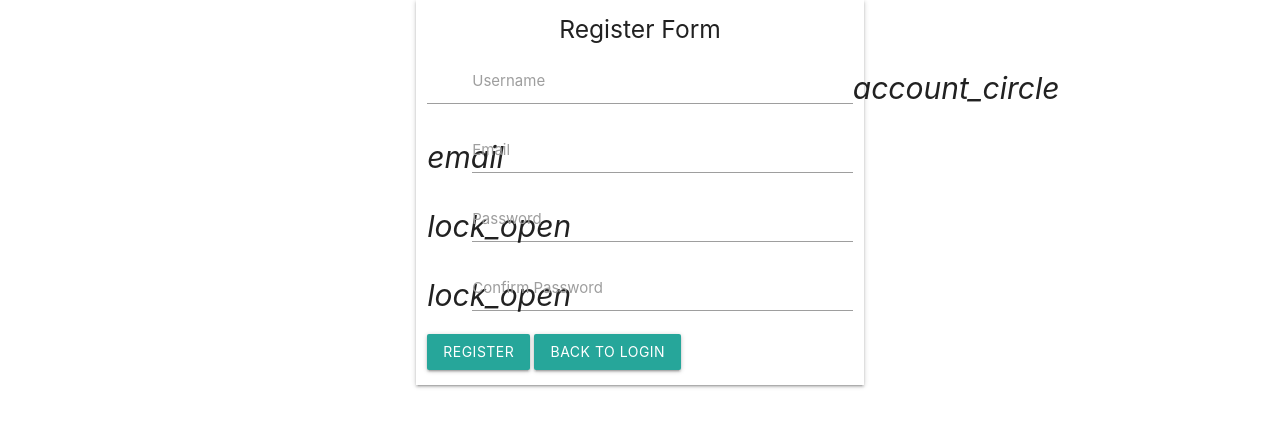
Repository: thdal/Atelier_JEE_16_02
Page: http://localhost/Atelier_JEE_16_02/WEB-INF/pages/connexion/FormRegister.jsp
The author's editor kept a copy of each file at every save. The page is drawn from the files as they stood at one save, then again after the next save.
The browser window is 1280 px wide. The pictures show the whole page.
The page is served by Tomcat 9. Nobody is signed in. Other server files are loaded and not shown. The template is opened directly, without the code that normally fills it, so the values that code supplies are empty.

Above is the page before, as saved 2021-02-22 07:04:46.

### Atelier_JEE_16_02/src/main/webapp/WEB-INF/pages/connexion/FormRegister.jsp
<%@ page language="java" contentType="text/html; charset=ISO-8859-1"
    pageEncoding="ISO-8859-1"%>
<!DOCTYPE>
<html>
<head>
<link rel="stylesheet" href="https://cdnjs.cloudflare.com/ajax/libs/materialize/1.0.0/css/materialize.min.css">
	  <link href="https://fonts.googleapis.com/icon?family=Material+Icons" rel="stylesheet">
<meta http-equiv="Content-Type" content="text/html; charset=ISO-8859-1">
<title>Formulaire d'enregistrement</title>
</head>
<body>
<div class="container">
      <div class="row">
          <div class="col s6 offset-s3 z-depth-1" id="panell">
            <h5 style="text-align: center;" id="title">Register Form</h5>
            <form>

        <div class="input-field" id="username">
	         <input  type="text" class="validate">
	         <i class="material-icons prefix">account_circle</i>
	         <label for="username">Username</label>
        </div>
        <div class="input-field" id="username">
             <i class="material-icons prefix">email</i>
	         <input  type="text" class="validate">
	         <label for="username">Email</label>
        </div>
        <div class="input-field" id="password">
            <i class="material-icons prefix">lock_open</i>
            <input  type="password" class="validate">
            <label for="password">Password</label>
        </div>
        <div class="input-field" id="password">
            <i class="material-icons prefix">lock_open</i>
            <input  type="password" class="validate">
            <label for="password">Confirm Password</label>
        </div>
        <a class="waves-effect waves-light btn" id="loginbtn">Register</a>
        <a href="connexion" class="waves-effect waves-light btn" id="loginbtn">Back to login</a>

        </form>

        </div>
      </div>

    </div>

</body>
    <script src="https://cdnjs.cloudflare.com/ajax/libs/materialize/1.0.0/js/materialize.min.js"></script>
</html>

After the next save:
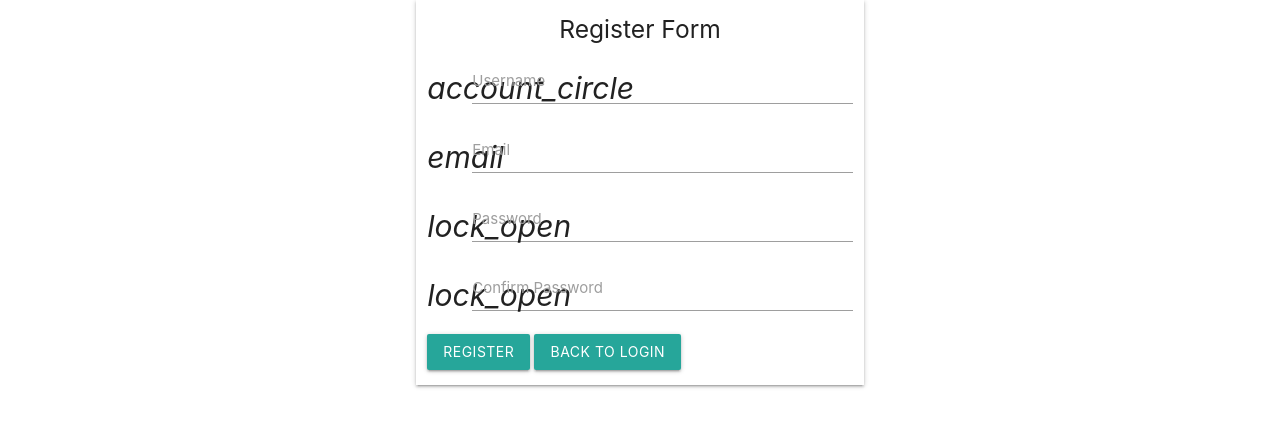
Saved 78 s later.
--- a/Atelier_JEE_16_02/src/main/webapp/WEB-INF/pages/connexion/FormRegister.jsp
+++ b/Atelier_JEE_16_02/src/main/webapp/WEB-INF/pages/connexion/FormRegister.jsp
@@ -16,8 +16,8 @@
             <form>
 
         <div class="input-field" id="username">
+        	 <i class="material-icons prefix">account_circle</i>
 	         <input  type="text" class="validate">
-	         <i class="material-icons prefix">account_circle</i>
 	         <label for="username">Username</label>
         </div>
         <div class="input-field" id="username">
